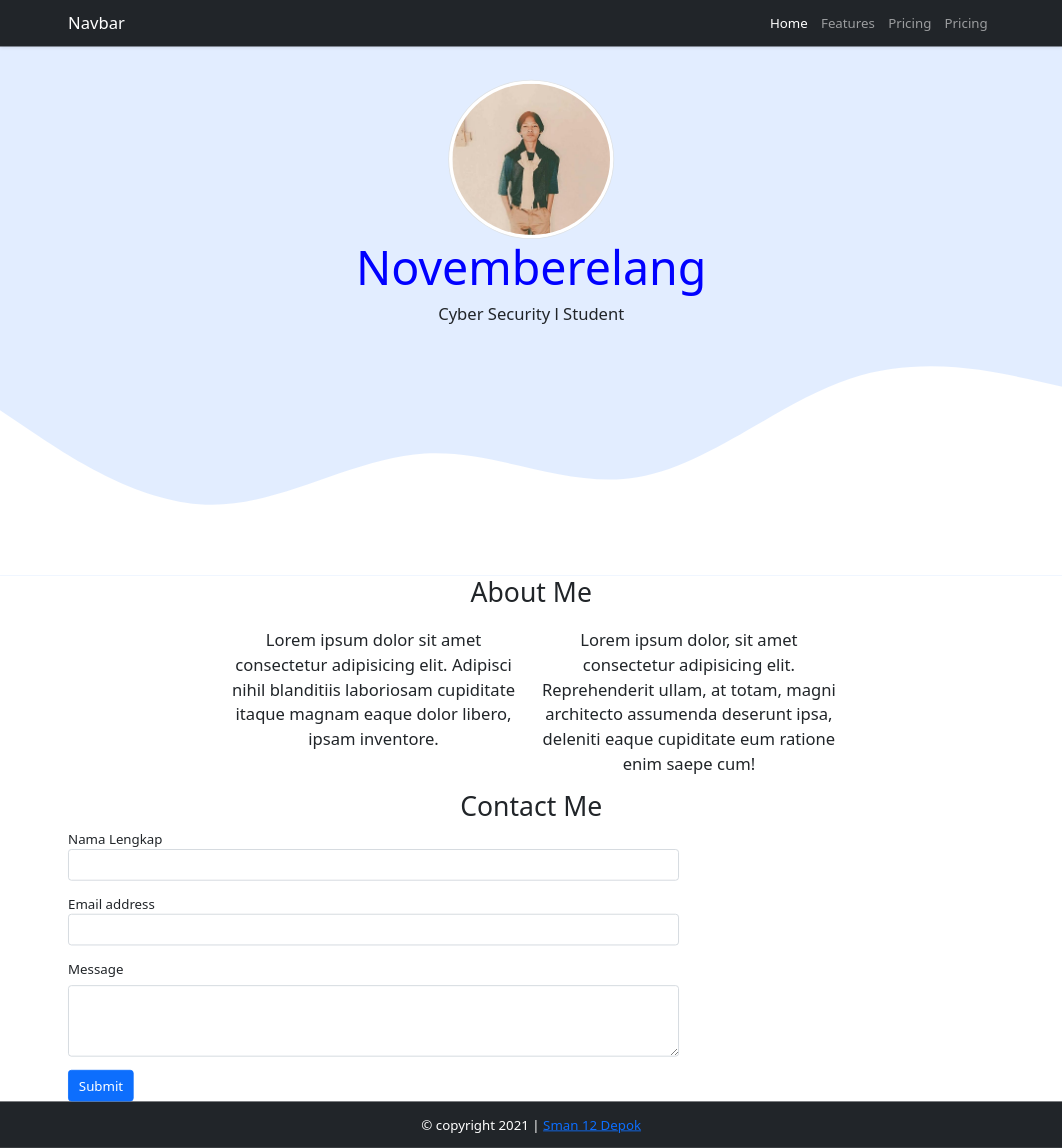
Repository: Novemberdad/gemilangtech.github.io
Page: index.html
An editor plug-in stored every save of this project. The page is shown before and after the next save, followed by the edit.
The browser window is 1280 px wide. The pictures show the whole page, at 83% of full size.

Above is the page before, as saved 2021-07-21 00:44:18.

### index.html
<!DOCTYPE html>
<html lang="en">

<head>
    <!-- Required meta tags -->
    <meta charset="utf-8" />
    <meta name="viewport" content="width=device-width, initial-scale=1" />

    <!-- Bootstrap CSS -->
    <link href="https://cdn.jsdelivr.net/npm/bootstrap@5.0.2/dist/css/bootstrap.min.css" rel="stylesheet" integrity="sha384-EVSTQN3/azprG1Anm3QDgpJLIm9Nao0Yz1ztcQTwFspd3yD65VohhpuuCOmLASjC" crossorigin="anonymous" />

    <!--My CSS-->
    <link rel="stylesheet" href="style.css" />
    <title>My Portofoliio</title>
    <style>
        h1 {
            text-align: center;
            color: blue;
        }
    </style>
</head>

<body id="home">
    <!--NAVBAR-->
    <nav class="navbar navbar-expand-lg navbar-dark bg-dark shadow-sm navbar fixed-top">
        <div class="container">
            <a class="navbar-brand" href="#">Navbar</a>
            <button class="navbar-toggler" type="button" data-bs-toggle="collapse" data-bs-target="#navbarNav" aria-controls="navbarNav" aria-expanded="false" aria-label="Toggle navigation">
          <span class="navbar-toggler-icon"></span>
        </button>
            <div class="collapse navbar-collapse" id="navbarNav">
                <ul class="navbar-nav ms-auto">
                    <li class="nav-item">
                        <a class="nav-link active" aria-current="page" href="#home">Home</a>
                    </li>
                    <li class="nav-item">
                        <a class="nav-link" href="#">Features</a>
                    </li>
                    <li class="nav-item">
                        <a class="nav-link" href="#">Pricing</a>
                    </li>
                    <li class="nav-item">
                        <a class="nav-link" href="#">Pricing</a>
                    </li>
                </ul>
            </div>
        </div>
    </nav>
    <!--AKHIR NAVBAR-->

    <!--jumbortron-->
    <section class="jumbotron text-center">
        <img src="image/logo.jpg" alt="logo" width="200" class="rounded-circle img-thumbnail" />
        <h1 class="display-4">Novemberelang</h1>
        <p class="lead">Cyber Security l Student</p>
        <svg xmlns="http://www.w3.org/2000/svg" viewBox="0 0 1440 320">
        <path
          fill="#ffffff"
          fill-opacity="1"
          d="M0,96L48,128C96,160,192,224,288,224C384,224,480,160,576,154.7C672,149,768,203,864,186.7C960,171,1056,85,1152,53.3C1248,21,1344,43,1392,53.3L1440,64L1440,320L1392,320C1344,320,1248,320,1152,320C1056,320,960,320,864,320C768,320,672,320,576,320C480,320,384,320,288,320C192,320,96,320,48,320L0,320Z"
        ></path>
      </svg>
    </section>
    <!--akhir jumbotron-->

    <!--about-->
    <section id="about">
        <div class="container">
            <div class="row text-center mb-3">
                <div class="col">
                    <h2>About Me</h2>
                </div>
            </div>
            <div class="row justify-content-center fs-5 text-center">
                <div class="col-4">
                    <p>Lorem ipsum dolor sit amet consectetur adipisicing elit. Adipisci nihil blanditiis laboriosam cupiditate itaque magnam eaque dolor libero, ipsam inventore.</p>
                </div>
                <div class="col-4">
                    <p>Lorem ipsum dolor, sit amet consectetur adipisicing elit. Reprehenderit ullam, at totam, magni architecto assumenda deserunt ipsa, deleniti eaque cupiditate eum ratione enim saepe cum!</p>
                </div>
            </div>
    </section>
    <!--akhir about-->


    <!--kontak-->
    <section id="contact">
        <div class="container">
            <div class="row text-center justify-content-center">
                <div class="col">
                    <h2> Contact Me</h2>
                </div>
            </div>
            <div class="row">
                <div class="col-md-8">
                    <form>
                        <div class="mb-3">
                            <label for="exampleInputEmail1">Nama Lengkap</label>
                            <input type="email" class="form-control" id="exampleInputEmail1" aria-describedby="NamaLengkap">
                        </div>
                        <div class="mb-3">
                            <label for="exampleInputEmail1">Email address</label>
                            <input type="email" class="form-control" id="exampleInputEmail1" aria-describedby="emailHelp">
                        </div>
                        <div class="mb-3">
                            <label for="exampleFormControlTextarea1" class="form-label">Message</label>
                            <textarea class="form-control" id="exampleFormControlTextarea1" rows="3"></textarea>
                        </div>
                        <button type="submit" class="btn btn-primary">Submit</button>
                    </form>
                </div>
            </div>
        </div>


    </section>
    <!--akhir kontak-->

    <!--footer-->
    <footer class="bg-dark text-white ">
        <div class="container ">
            <div class="row pt-3 ">
                <div class="col text-center ">
                    <p>&copy; copyright 2021 | <a href="http://instagram.com/novemberelang">Sman 12 Depok</a></p>
                </div>
            </div>
        </div>
    </footer>
    <!--akhir footer-->



    <script src="https://cdn.jsdelivr.net/npm/bootstrap@5.0.2/dist/js/bootstrap.bundle.min.js" integrity="sha384-MrcW6ZMFYlzcLA8Nl+NtUVF0sA7MsXsP1UyJoMp4YLEuNSfAP+JcXn/tWtIaxVXM" crossorigin="anonymous"></script>

    <!-- Option 2: Separate Popper and Bootstrap JS -->
    <!--
    <script src="https://cdn.jsdelivr.net/npm/@popperjs/core@2.9.2/dist/umd/popper.min.js" integrity="sha384-IQsoLXl5PILFhosVNubq5LC7Qb9DXgDA9i+tQ8Zj3iwWAwPtgFTxbJ8NT4GN1R8p" crossorigin="anonymous"></script>
    <script src="https://cdn.jsdelivr.net/npm/bootstrap@5.0.2/dist/js/bootstrap.min.js" integrity="sha384-cVKIPhGWiC2Al4u+LWgxfKTRIcfu0JTxR+EQDz/bgldoEyl4H0zUF0QKbrJ0EcQF" crossorigin="anonymous"></script>
    -->
</body>

</html>

### style.css
.jumbotron {
    padding-top: 6rem;
    background-color: #e2edff;
}

After the next save:
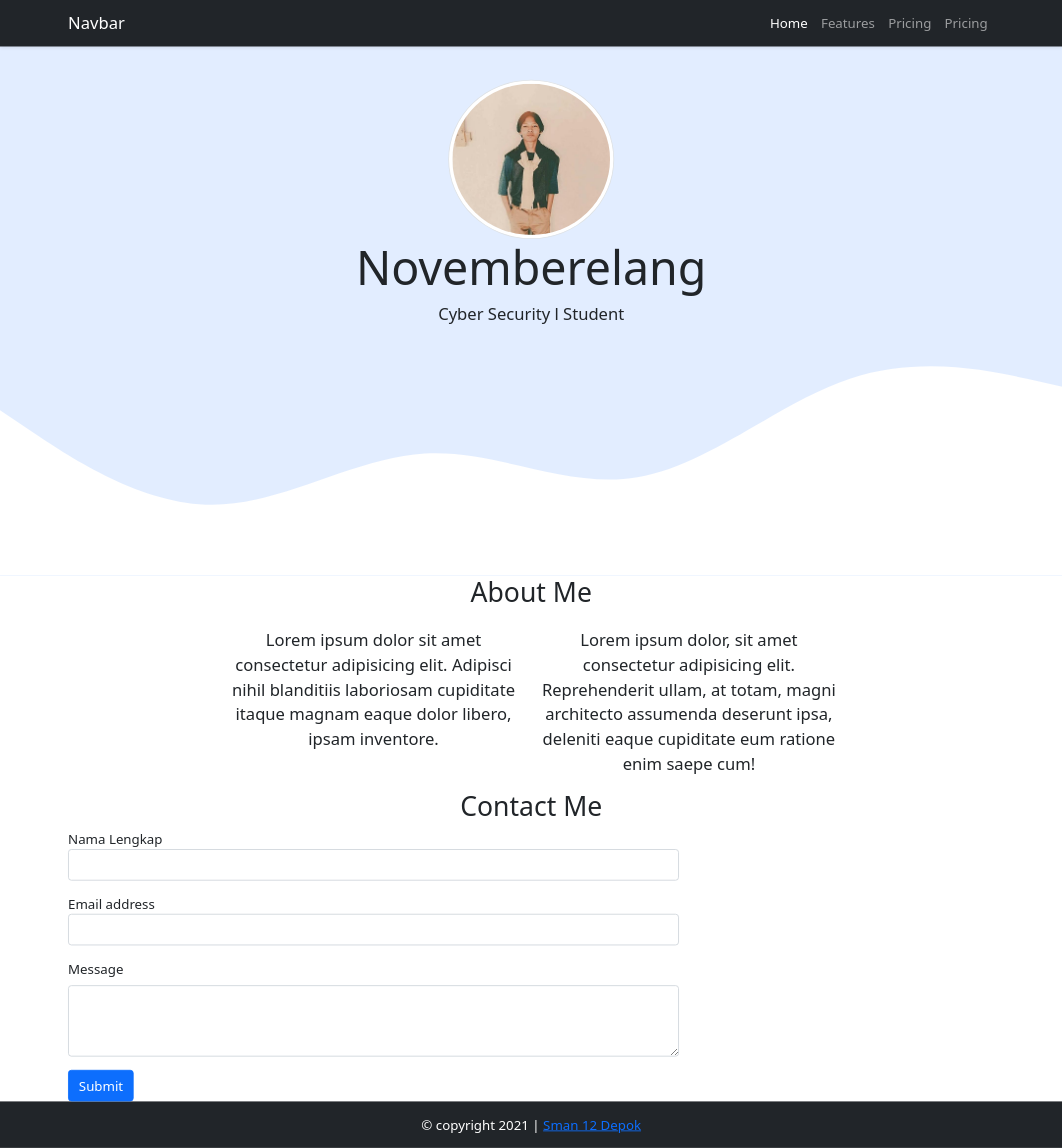
Saved 36 s later.
--- a/index.html
+++ b/index.html
@@ -51,7 +51,7 @@
     <!--jumbortron-->
     <section class="jumbotron text-center">
         <img src="image/logo.jpg" alt="logo" width="200" class="rounded-circle img-thumbnail" />
-        <h1 class="display-4">Novemberelang</h1>
+        <h6 class="display-4">Novemberelang</h6>
         <p class="lead">Cyber Security l Student</p>
         <svg xmlns="http://www.w3.org/2000/svg" viewBox="0 0 1440 320">
         <path
